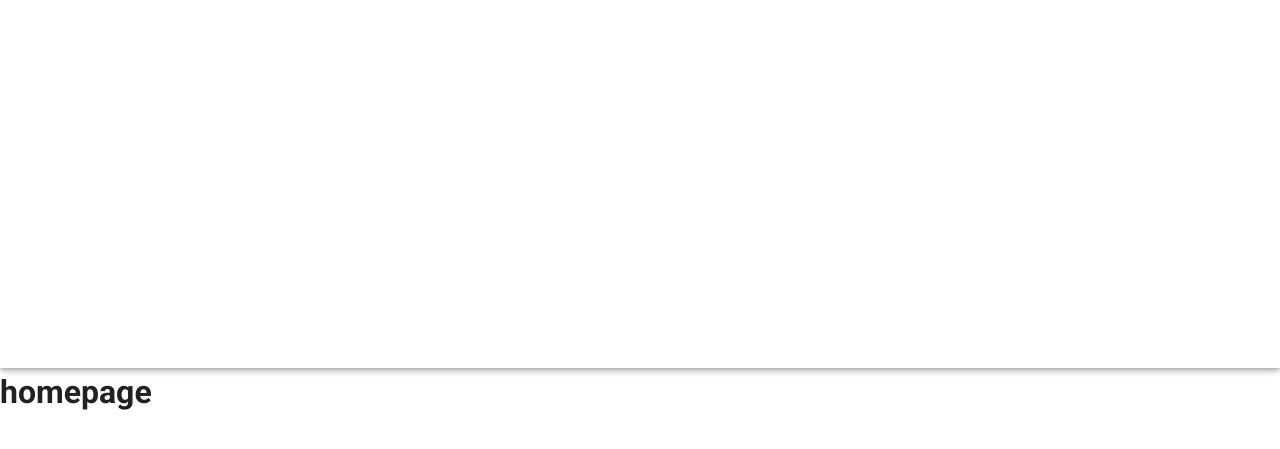
Repository: Morne-Dev/todo-ninjas
Page: /
The author's editor kept a copy of each file at every save. The page is drawn from the files as they stood at one save, then again after the next save.
The browser window is 1280 px wide. The pictures show the whole page.
The project was rebuilt for these pictures with package versions that can differ from the ones it lists, and the page was loaded fresh each time. Also part of the build but not shown: vue.config.js.

Above is the page before, as saved 2023-11-22 08:10:57.

### src/App.vue
<template>
  <v-app>
    <Navbar />
    <v-content>
      <router-view/>
    </v-content>
  </v-app>
</template>

<script>
import Navbar from '@/components/Navbar'
export default {
  name: 'App',
components: { Navbar },
  data: () => ({
    //
  }),
};
</script>

### src/components/Navbar.vue
<template>
    <v-toolbar app>

    </v-toolbar>
</template>

<script>


export default {
    return() {

    },
}
</script>

### src/views/HomeView.vue
<template>
  <div class="home">
    <h1>homepage</h1>

  </div>
</template>

Loaded but not shown: public/index.html (common file); src/main.js (common file); src/router/index.js (common file); src/plugins/vuetify.js (common file)

After the next save:
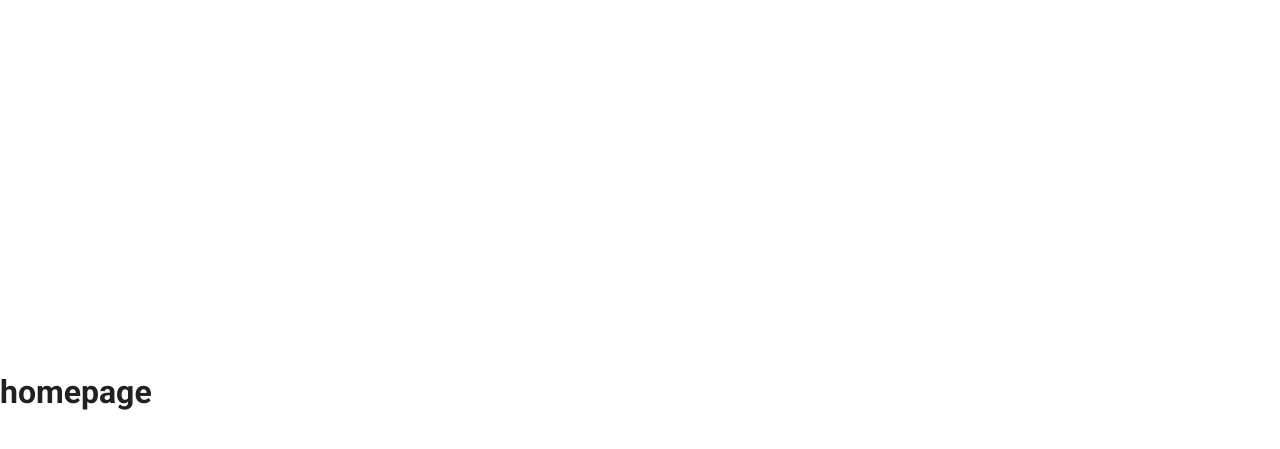
Saved 10 s later.
--- a/src/components/Navbar.vue
+++ b/src/components/Navbar.vue
@@ -1,5 +1,5 @@
 <template>
-    <v-toolbar app>
+    <v-toolbar flat app>
 
     </v-toolbar>
 </template>

After the save that followed:
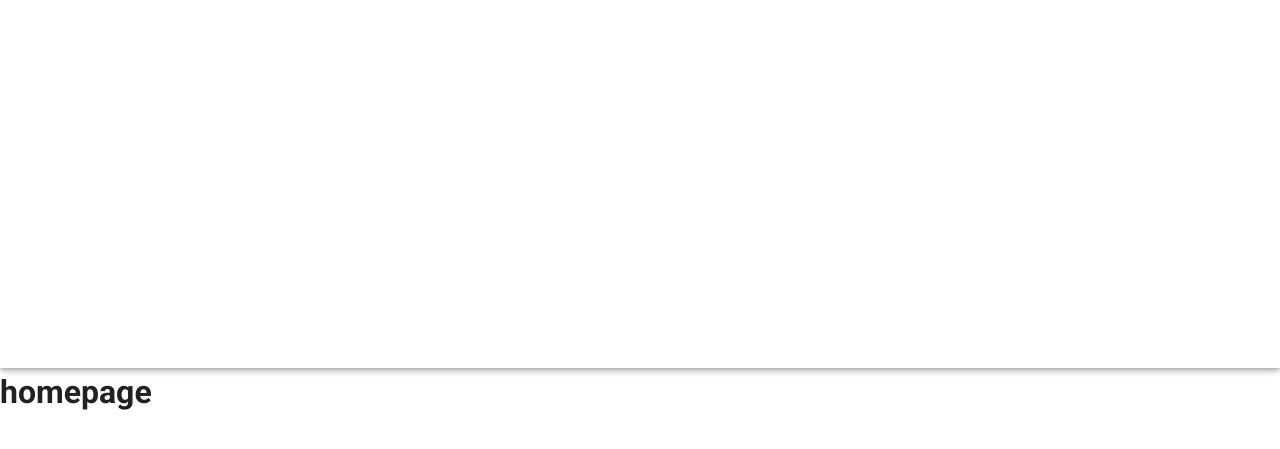
Saved 4 s later.
--- a/src/components/Navbar.vue
+++ b/src/components/Navbar.vue
@@ -1,5 +1,5 @@
 <template>
-    <v-toolbar flat app>
+    <v-toolbar app>
 
     </v-toolbar>
 </template>
